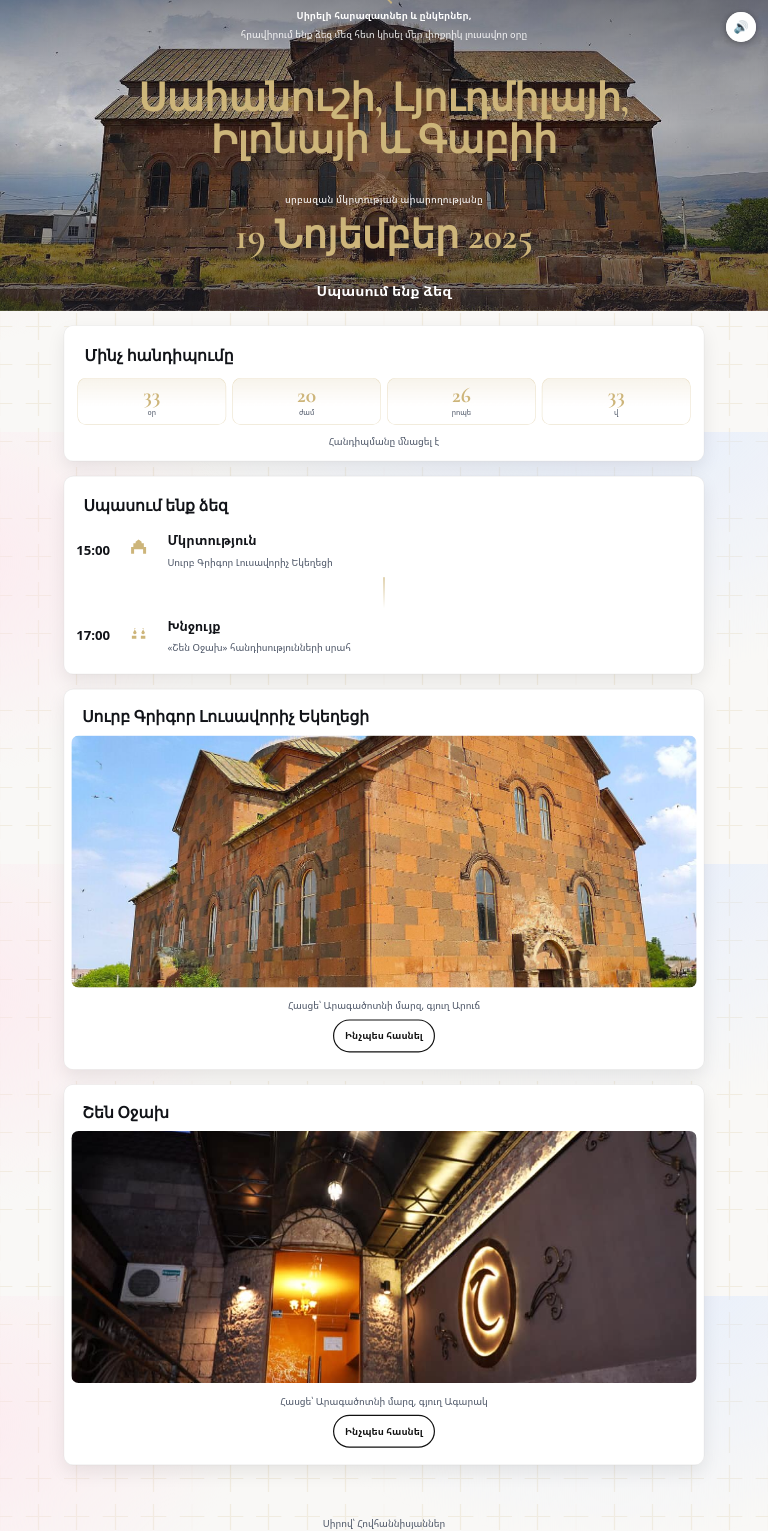
Repository: vardgeshakobyann/hraviratoms
Page: index.html
These files come from the project's save history. The page is drawn as it stood at one moment and after a run of saves; the edit follows.
The browser window is 1280 px wide. The pictures show the whole page, at 60% of full size.
Backgrounds fixed to the window are drawn as part of the page.

Above is the page before, as saved 2025-10-18 09:42:02.

### index.html
<!DOCTYPE html>
<html lang="hy">
<head>
    <meta charset="UTF-8">
    <meta name="viewport" content="width=device-width, initial-scale=1">
    <title>Մկրտության հրավիրատոմս</title>
    <!-- Fonts -->
    <link rel="preconnect" href="https://fonts.googleapis.com">
    <link rel="preconnect" href="https://fonts.gstatic.com" crossorigin>
    <link href="https://fonts.googleapis.com/css2?family=Cormorant+Garamond:wght@400;600;700&family=Noto+Sans+Armenian:wght@300;400;600;700&display=swap" rel="stylesheet">
    <link rel="stylesheet" href="styles.css">
</head>
<body>

    <header class="hero" id="top">
        <div class="hero__overlay"></div>
        <div class="hero__content">
            <div class="chevron" id="scrollDown" aria-label="Ներքև սքրոլ"></div>
            <p class="intro">Սիրելի հարազատներ և ընկերներ,</p>
            <p class="intro-sub">հրավիրում ենք ձեզ մեզ հետ կիսել մեր փոքրիկ լուսավոր օրը</p>
            <h1 class="script">Սահանուշի, Լյուդմիլայի, Իլոնայի և Գաբիի</h1>
            <p class="subtitle">սրբազան մկրտության արարողությանը</p>
            <p class="date script">19 Նոյեմբեր 2025</p>
            <p class="cta">Սպասում ենք ձեզ</p>
        </div>
    </header>

    <main class="container">
        <!-- Countdown -->
        <section class="card countdown" id="countdown">
            <h2 class="section-title">Մինչ հանդիպումը</h2>
            <div class="cd-grid" aria-live="polite">
                <div class="cd-box"><span id="cd-days" class="cd-num">0</span><span class="cd-label">օր</span></div>
                <div class="cd-box"><span id="cd-hours" class="cd-num">0</span><span class="cd-label">ժամ</span></div>
                <div class="cd-box"><span id="cd-mins" class="cd-num">0</span><span class="cd-label">րոպե</span></div>
                <div class="cd-box"><span id="cd-secs" class="cd-num">0</span><span class="cd-label">վ</span></div>
            </div>
            <p id="cd-note" class="cd-note"></p>
        </section>
        <!-- Program / timeline -->
        <section class="card timeline" id="program">
            <h2 class="section-title">Սպասում ենք ձեզ</h2>
            <div class="row">
                <div class="time">15:00</div>
                <div class="icon">
                    <!-- church -->
                    <svg viewBox="0 0 64 64" aria-hidden="true"><path d="M32 10l8 6v4h6v10h6v18h-8V36H20v12h-8V30h6V20h6v-4l8-6z" fill="#cdb57a"/></svg>
                </div>
                <div class="details">
                    <h3>Մկրտություն</h3>
                    <p>Սուրբ Գրիգոր Լուսավորիչ Եկեղեցի</p>
                </div>
            </div>
            <div class="divider"></div>
            <div class="row">
                <div class="time">17:00</div>
                <div class="icon">
                    <!-- glasses -->
                    <svg viewBox="0 0 64 64" aria-hidden="true"><path d="M20 18l6 10c2 3-1 6-4 6-3 0-6-3-4-6l6-10zm22 0l6 10c2 3-1 6-4 6-3 0-6-3-4-6l6-10zM14 38h12v8H14zM38 38h12v8H38z" fill="#cdb57a"/></svg>
                </div>
                <div class="details">
                    <h3>Խնջույք</h3>
                    <p>«Շեն Օջախ» հանդիսությունների սրահ</p>
                </div>
            </div>
        </section>

        <!-- Church section -->
        <section class="card place" id="church">
            <h2 class="section-title">Սուրբ Գրիգոր Լուսավորիչ Եկեղեցի</h2>
            <figure class="media">
                <img src="images/img2.jpg" alt="Եկեղեցու լուսանկար">
            </figure>
            <p class="address">Հասցե՝ Արագածոտնի մարզ, գյուղ Արուճ</p>
            <div class="actions">
                <a class="btn map-btn" href="#" data-address="Սուրբ Գրիգոր Լուսավորիչ Եկեղեցի, Արուճ">Ինչպես հասնել</a>
            </div>
        </section>

        <!-- Hall section -->
        <section class="card place" id="hall">
            <h2 class="section-title">Շեն Օջախ</h2>
            <figure class="media">
                <img src="./images/img3.jpg" alt="Սրահի լուսանկար">
            </figure>
            <p class="address">Հասցե՝ Արագածոտնի մարզ, գյուղ Ագարակ</p>
            <div class="actions">
                <a class="btn map-btn" href="#" data-address="Շեն Օջախ, Ագարակ">Ինչպես հասնել</a>
            </div>
        </section>


    </main>

    <footer class="footer">
        <p>Սիրով՝ Հովհաննիսյաններ</p>
    </footer>

    <script src="script.js"></script>
</body>
</html>

### styles.css
/* Armenian-styled Baptism Invitation - Responsive UI */

:root{
  --bg:#f9f8f6;
  --text:#111318;
  --muted:#4c5566;
  --gold:#cdb57a; /* warm gold like screenshots */
  --card:#ffffff;
  --ring:rgba(205,181,122,.35);
  --shadow:0 12px 30px rgba(0,0,0,.08);
}

*{box-sizing:border-box}
html,body{height:100%}
body{
  margin:0;
  font-family:"Noto Sans Armenian", system-ui, -apple-system, Segoe UI, Roboto, Helvetica, Arial;
  color:var(--text);
  /* Soft pastel gradient + subtle cross pattern for baptism */
  background-image:
    radial-gradient(1200px 800px at 80% -10%, rgba(217,230,255,.6), transparent 60%),
    radial-gradient(900px 600px at -10% 30%, rgba(255,225,235,.6), transparent 60%),
    url("data:[embedded picture, 235 characters]");
  background-color: var(--bg);
  background-repeat: no-repeat, no-repeat, repeat;
  background-size: auto, auto, 64px 64px;
  background-attachment: fixed, fixed, fixed;
  line-height:1.65;
}

/* Floating buttons */
.fab{position:fixed; right:16px; top:16px; display:flex; gap:10px; z-index:40}
.pill{appearance:none; border:1px solid #eee; background:#fff; color:#111; padding:10px 14px; border-radius:999px; cursor:pointer; font-weight:700; box-shadow:0 6px 16px rgba(0,0,0,.08)}
.pill:hover{transform:translateY(-1px)}
.pill:focus{outline:none; box-shadow:0 0 0 4px var(--ring)}
.pill-primary{background:var(--gold); color:#fff; border-color:transparent}

/* Hero */
.hero{position:relative; height: min(72vh, 720px); background:url('images/img1.jpg') center/cover no-repeat}
.hero__overlay{position:absolute; inset:0; background:linear-gradient(180deg, rgba(20,24,38,.5), rgba(20,24,38,.15) 40%, rgba(20,24,38,.6))}
.hero__content{position:relative; z-index:1; height:100%; display:flex; flex-direction:column; align-items:center; justify-content:center; text-align:center; color:#fff; padding:20px 14px}

.chevron{width:36px; height:36px; border-bottom:3px solid var(--gold); border-right:3px solid var(--gold); transform:rotate(45deg); margin-bottom:18px; opacity:.9}

.intro{margin:0 0 6px; font-weight:600; text-wrap:balance}
.intro-sub{margin:0 0 16px; opacity:.9}
.script{font-family:"Cormorant Garamond", Georgia, serif; color:var(--gold)}
.hero .script{font-size: clamp(28px, 9vw, 64px); font-weight:700; line-height:1.1; text-wrap:balance}
.subtitle{margin:6px 0 0; letter-spacing:.5px}
.date{font-size: clamp(18px, 6vw, 40px); margin:12px 0}
.cta{font-size: clamp(18px, 3.8vw, 24px); font-weight:800}

/* Subtle dove/cross watermark */
.hero::after{
  content:"";
  position:absolute; inset:0; pointer-events:none;
  background-image:url("data:[embedded picture, 227 characters]");
  background-repeat:no-repeat; background-position:center; background-size:220px 220px;
}

/* Layout */
.container{width:100%; max-width:1100px; margin:24px auto; padding:0 16px 60px; display:grid; grid-template-columns:1fr; gap:24px}
@media(min-width:900px){.container{grid-template-columns:1fr}}

.card{background:var(--card); border-radius:16px; overflow:hidden; border:1px solid rgba(17,19,24,.08); box-shadow:var(--shadow)}
.section-title{font-family:"Cormorant Garamond", Georgia, serif; font-size:26px; margin:18px 18px 6px}

/* Timeline */
.timeline{padding:10px 14px 18px}
.timeline .row{display:grid; grid-template-columns:72px 56px 1fr; align-items:center; gap:12px; padding:12px 6px}
.timeline .time{font-weight:900; font-size:22px}
.timeline .icon svg{width:40px; height:40px}
.timeline .details h3{margin:0 0 4px; font-size:22px}
.timeline .details p{margin:0; color:var(--muted)}
.divider{height:52px; width:2px; background:linear-gradient(180deg, var(--gold), transparent); margin:0 auto}

/* Places */
.place{padding:8px 12px 22px}
.media{margin:8px 0 10px}
.media img{width:100%; height:clamp(220px, 45vw, 420px); object-fit:cover; border-radius:12px}
.address{margin:8px 0 10px; text-align:center; color:var(--muted)}
.actions{display:flex; justify-content:center; padding-bottom:6px}
.btn{appearance:none; border:2px solid #111; background:transparent; color:#111; padding:12px 18px; border-radius:999px; font-weight:800; text-decoration:none; cursor:pointer}
.btn:hover{background:#111; color:#fff}

/* RSVP */
.rsvp{padding:10px 16px 22px}
.field{margin:10px 0}
.field label{display:block; font-weight:700; margin:0 0 6px}
.field input,.field select{width:100%; padding:12px 12px; border-radius:12px; border:1px solid rgba(17,19,24,.18); background:transparent; color:var(--text)}
.field input:focus,.field select:focus{outline:none; box-shadow:0 0 0 4px var(--ring); border-color:var(--gold)}
.error{color:#c0392b; font-size:12px; height:16px; display:block; margin-top:4px}
.form-actions{display:flex; align-items:center; gap:12px}
.status{color:var(--muted); font-size:14px}

.footer{text-align:center; color:var(--muted); margin:6px 0 28px}

/* Countdown */
.countdown{padding:12px 16px 20px}
.cd-grid{display:grid; grid-template-columns:repeat(4,1fr); gap:10px; padding:8px 6px}
.cd-box{display:flex; flex-direction:column; align-items:center; justify-content:center; background:linear-gradient(180deg, rgba(205,181,122,.15), transparent 60%); border:1px solid rgba(205,181,122,.35); border-radius:14px; padding:10px 8px}
.cd-num{font-family:"Cormorant Garamond", Georgia, serif; font-size:clamp(22px,6vw,36px); color:var(--gold); font-weight:700; line-height:1}
.cd-label{font-size:12px; color:var(--muted)}
.cd-note{text-align:center; color:var(--muted); margin:6px 0 0}

/* Print */
@media print{
  body{background:#fff}
  .fab{display:none}
  .container{max-width:720px}
  .btn{display:none}
}

/* Small-screen refinements */
@media (max-width: 420px){
  .hero{height:min(68vh, 560px)}
  .hero .script{font-size: clamp(26px, 8.5vw, 42px)}
  .subtitle{font-size: 14px}
  .date{font-size: clamp(18px, 6.5vw, 32px)}
  .cta{font-size: 16px}
}

### script.js
// Background Music Setup
let backgroundMusic = null;
let isMusicPlaying = false;

function initBackgroundMusic() {
  // Create audio element
  backgroundMusic = new Audio();
  backgroundMusic.src = 'audio/audio1.mp3';
  backgroundMusic.loop = true;
  backgroundMusic.volume = 0.3; // 30% volume
  backgroundMusic.preload = 'auto';

  // Create music control button
  const musicButton = document.createElement('button');
  musicButton.id = 'musicToggle';
  musicButton.innerHTML = '🔊';
  musicButton.style.cssText = `
    position: fixed;
    top: 20px;
    right: 20px;
    z-index: 1000;
    background: rgba(255, 255, 255, 0.9);
    border: none;
    border-radius: 50%;
    width: 50px;
    height: 50px;
    font-size: 20px;
    cursor: pointer;
    box-shadow: 0 2px 10px rgba(0,0,0,0.2);
    transition: all 0.3s ease;
  `;

  document.body.appendChild(musicButton);

  // Try to start music automatically
  const startMusic = async () => {
    try {
      backgroundMusic.volume = 0.5;
      backgroundMusic.currentTime = 48;
      backgroundMusic.muted = false;
      await backgroundMusic.play();
      isMusicPlaying = true;
      musicButton.innerHTML = '🔊';
      musicButton.style.opacity = '1';
    } catch (error) {
      isMusicPlaying = false;
      musicButton.innerHTML = '🎵';
      musicButton.style.opacity = '0.5';
    }
  };

  // Music toggle functionality
  musicButton.addEventListener('click', async () => {
    try {
      if (isMusicPlaying) {
        backgroundMusic.pause();
        musicButton.innerHTML = '🎵';
        musicButton.style.opacity = '0.5';
        isMusicPlaying = false;
      } else {
        backgroundMusic.volume = 0.5;
        backgroundMusic.currentTime = 48;
        await backgroundMusic.play();
        musicButton.innerHTML = '🔊';
        musicButton.style.opacity = '1';
        isMusicPlaying = true;
      }
    } catch (error) {
      console.log('Music toggle failed:', error);
    }
  });

  // Handle page visibility changes
  document.addEventListener('visibilitychange', () => {
    if (document.hidden && isMusicPlaying) {
      backgroundMusic.pause();
    } else if (!document.hidden && isMusicPlaying) {
      backgroundMusic.play().catch(() => {});
    }
  });

  // Multiple attempts to start music automatically
  const attemptAutoStart = () => {
    if (!isMusicPlaying) {
      startMusic();
    }
  };

  // Try to start immediately
  attemptAutoStart();

  // Try when audio is ready
  backgroundMusic.addEventListener('canplaythrough', attemptAutoStart);
  backgroundMusic.addEventListener('loadeddata', attemptAutoStart);

  // Multiple retry attempts after page load
  setTimeout(attemptAutoStart, 100);
  setTimeout(attemptAutoStart, 500);
  setTimeout(attemptAutoStart, 1000);
  setTimeout(attemptAutoStart, 2000);

  // Try to start on any user interaction (as fallback)
  const tryStartOnInteraction = () => {
    if (!isMusicPlaying) {
      attemptAutoStart();
    }
  };

  // Listen for any user interaction to start music
  document.addEventListener('click', tryStartOnInteraction, { once: true });
  document.addEventListener('touchstart', tryStartOnInteraction, { once: true });
  document.addEventListener('keydown', tryStartOnInteraction, { once: true });
  document.addEventListener('mousemove', tryStartOnInteraction, { once: true });
  document.addEventListener('scroll', tryStartOnInteraction, { once: true });

  // Additional events to trigger music
  window.addEventListener('load', attemptAutoStart);
  window.addEventListener('focus', attemptAutoStart);
  document.addEventListener('focus', attemptAutoStart);
}

// Initialize music after page loads
window.addEventListener('load', initBackgroundMusic);
document.addEventListener('DOMContentLoaded', initBackgroundMusic);

// Also try to initialize immediately for faster loading
if (document.readyState === 'loading') {
  document.addEventListener('DOMContentLoaded', initBackgroundMusic);
} else {
  initBackgroundMusic();
}

// Smooth scroll from chevron
document.getElementById('scrollDown')?.addEventListener('click', () => {
  document.getElementById('program')?.scrollIntoView({ behavior: 'smooth' });
});

// Share / Print
const shareBtn = document.getElementById('shareBtn');
const printBtn = document.getElementById('printBtn');

shareBtn?.addEventListener('click', async () => {
  const data = {
    title: 'Մկրտության հրավիրատոմս',
    text: 'Սիրով հրավիրում ենք մասնակցելու մեր երեխաների մկրտությանը',
    url: window.location.href,
  };
  try {
    if (navigator.share) {
      await navigator.share(data);
    } else {
      await navigator.clipboard.writeText(data.url);
      shareBtn.textContent = 'Հղումը պատճենվեց';
      setTimeout(() => (shareBtn.textContent = 'Կիսվել հրավիրումով'), 1600);
    }
  } catch (e) {
    try {
      await navigator.clipboard.writeText(data.url);
      shareBtn.textContent = 'Հղումը պատճենվեց';
      setTimeout(() => (shareBtn.textContent = 'Կիսվել հրավիրումով'), 1600);
    } catch (_) {
      alert('Կրկնօրինակեք այս հղումը՝ ' + data.url);
    }
  }
});

printBtn?.addEventListener('click', () => window.print());

// RSVP validation (client only)
const form = document.getElementById('rsvpForm');
const statusEl = document.getElementById('formStatus');

function setError(id, msg) {
  const el = document.querySelector(`.error[data-for="${id}"]`);
  if (el) el.textContent = msg || '';
}

function isValidPhone(v) {
  return /^[+()\-\s\d]{7,20}$/.test((v || '').trim());
}

form?.addEventListener('submit', (e) => {
  e.preventDefault();
  const name = document.getElementById('name');
  const phone = document.getElementById('phone');
  const attend = document.getElementById('attend');

  let ok = true;
  if (!name.value.trim()) { setError('name', 'Մուտքագրեք Ձեր անունը'); ok = false; } else setError('name');
  if (!isValidPhone(phone.value)) { setError('phone', 'Մուտքագրեք ճիշտ հեռախոսահամար'); ok = false; } else setError('phone');
  if (!attend.value) { setError('attend', 'Ընտրեք տարբերակը'); ok = false; } else setError('attend');

  if (!ok) return;

  const payload = {
    name: name.value.trim(),
    phone: phone.value.trim(),
    attend: attend.value,
    submittedAt: new Date().toISOString(),
  };
  console.log('RSVP', payload);
  statusEl.textContent = 'Շնորհակալություն, Ձեր RSVP-ն ընդունված է!';
  form.reset();
});

// Countdown logic
(function initCountdown(){
  const target = new Date('2025-11-19T15:00:00'); // Event local time
  const $d = document.getElementById('cd-days');
  const $h = document.getElementById('cd-hours');
  const $m = document.getElementById('cd-mins');
  const $s = document.getElementById('cd-secs');
  const $note = document.getElementById('cd-note');
  if(!$d||!$h||!$m||!$s) return;

  function tick(){
    const now = new Date();
    let diff = target.getTime() - now.getTime();
    if(diff <= 0){
      $d.textContent = '0'; $h.textContent = '0'; $m.textContent = '0'; $s.textContent = '0';
      if($note) $note.textContent = 'Միջոցառումը սկսվել է. սպասում ենք ձեզ 🕊️';
      return;
    }
    const days = Math.floor(diff / (1000*60*60*24));
    diff -= days * (1000*60*60*24);
    const hours = Math.floor(diff / (1000*60*60));
    diff -= hours * (1000*60*60);
    const minutes = Math.floor(diff / (1000*60));
    diff -= minutes * (1000*60);
    const seconds = Math.floor(diff / 1000);
    $d.textContent = String(days);
    $h.textContent = String(hours).padStart(2,'0');
    $m.textContent = String(minutes).padStart(2,'0');
    $s.textContent = String(seconds).padStart(2,'0');
    if($note) $note.textContent = 'Հանդիպմանը մնացել է';
  }
  tick();
  setInterval(tick, 1000);
})();

// Open Yandex Navigator from map buttons
document.querySelectorAll('.map-btn').forEach((btn) => {
  btn.addEventListener('click', (e) => {
    e.preventDefault();
    const address = btn.getAttribute('data-address');
    if (!address) return;
    // Try Yandex Maps deep link first
    const encoded = encodeURIComponent(address);
    const yaUrl = `yandexmaps://maps.yandex.ru/?text=${encoded}`;
    const webUrl = `https://yandex.com/maps/?text=${encoded}`;
    // Attempt to open the app; fall back to web after short delay
    const open = () => {
      const iframe = document.createElement('iframe');
      iframe.style.display = 'none';
      iframe.src = yaUrl;
      document.body.appendChild(iframe);
      setTimeout(() => {
        window.open(webUrl, '_blank');
        document.body.removeChild(iframe);
      }, 800);
    };
    open();
  });
});

After the next 2 saves:
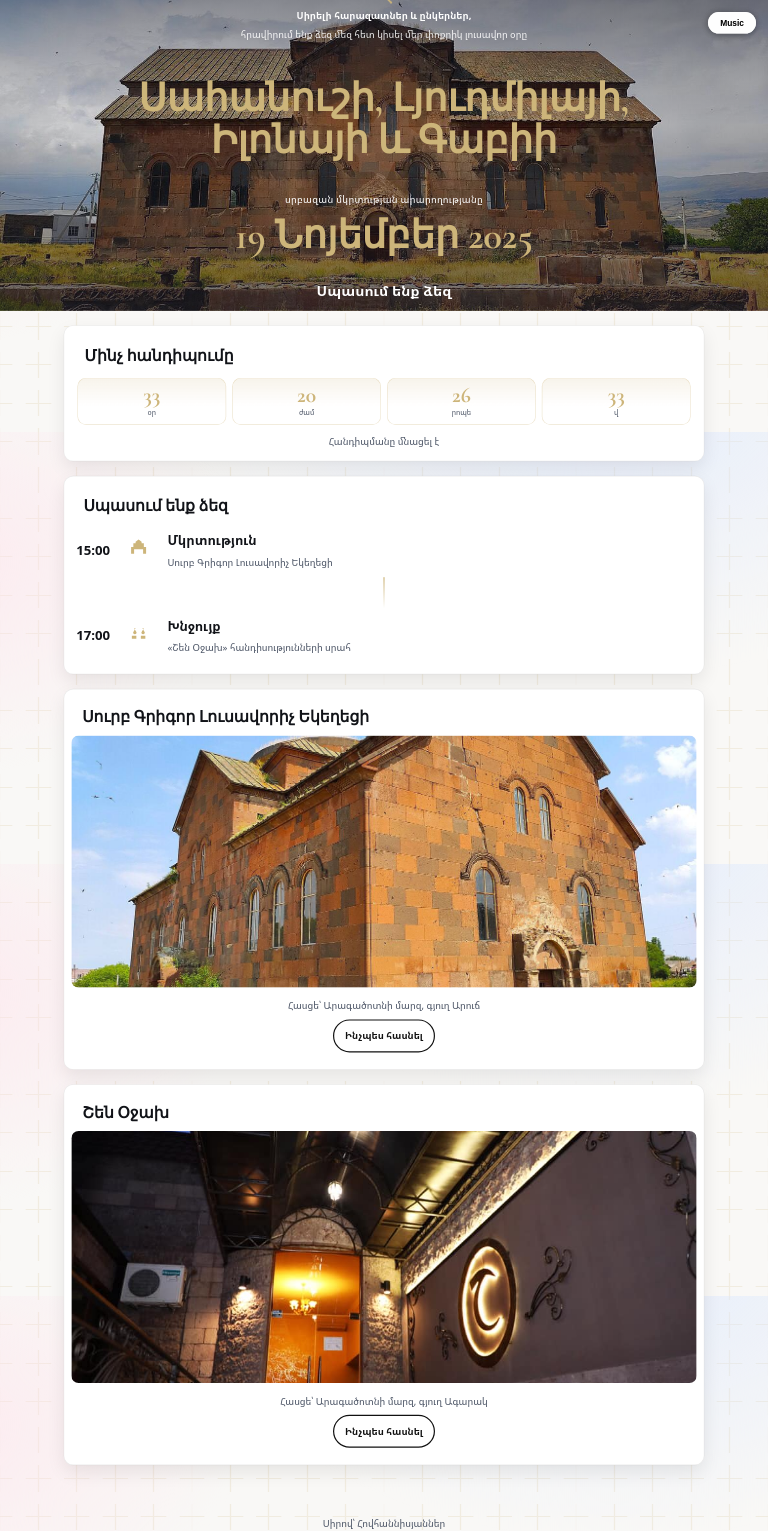
The 2 saves are shown as one change because they came seconds apart.
The last was saved 3 min 32 s later.
--- a/script.js
+++ b/script.js
@@ -13,7 +13,7 @@ function initBackgroundMusic() {
   // Create music control button
   const musicButton = document.createElement('button');
   musicButton.id = 'musicToggle';
-  musicButton.innerHTML = '🔊';
+  musicButton.innerHTML = 'Music';
   musicButton.style.cssText = `
     position: fixed;
     top: 20px;
@@ -21,10 +21,10 @@ function initBackgroundMusic() {
     z-index: 1000;
     background: rgba(255, 255, 255, 0.9);
     border: none;
-    border-radius: 50%;
-    width: 50px;
-    height: 50px;
-    font-size: 20px;
+    border-radius: 25px;
+    padding: 10px 20px;
+    font-size: 14px;
+    font-weight: bold;
     cursor: pointer;
     box-shadow: 0 2px 10px rgba(0,0,0,0.2);
     transition: all 0.3s ease;
@@ -40,11 +40,11 @@ function initBackgroundMusic() {
       backgroundMusic.muted = false;
       await backgroundMusic.play();
       isMusicPlaying = true;
-      musicButton.innerHTML = '🔊';
+      musicButton.innerHTML = 'Music';
       musicButton.style.opacity = '1';
     } catch (error) {
       isMusicPlaying = false;
-      musicButton.innerHTML = '🎵';
+      musicButton.innerHTML = 'Music';
       musicButton.style.opacity = '0.5';
     }
   };
